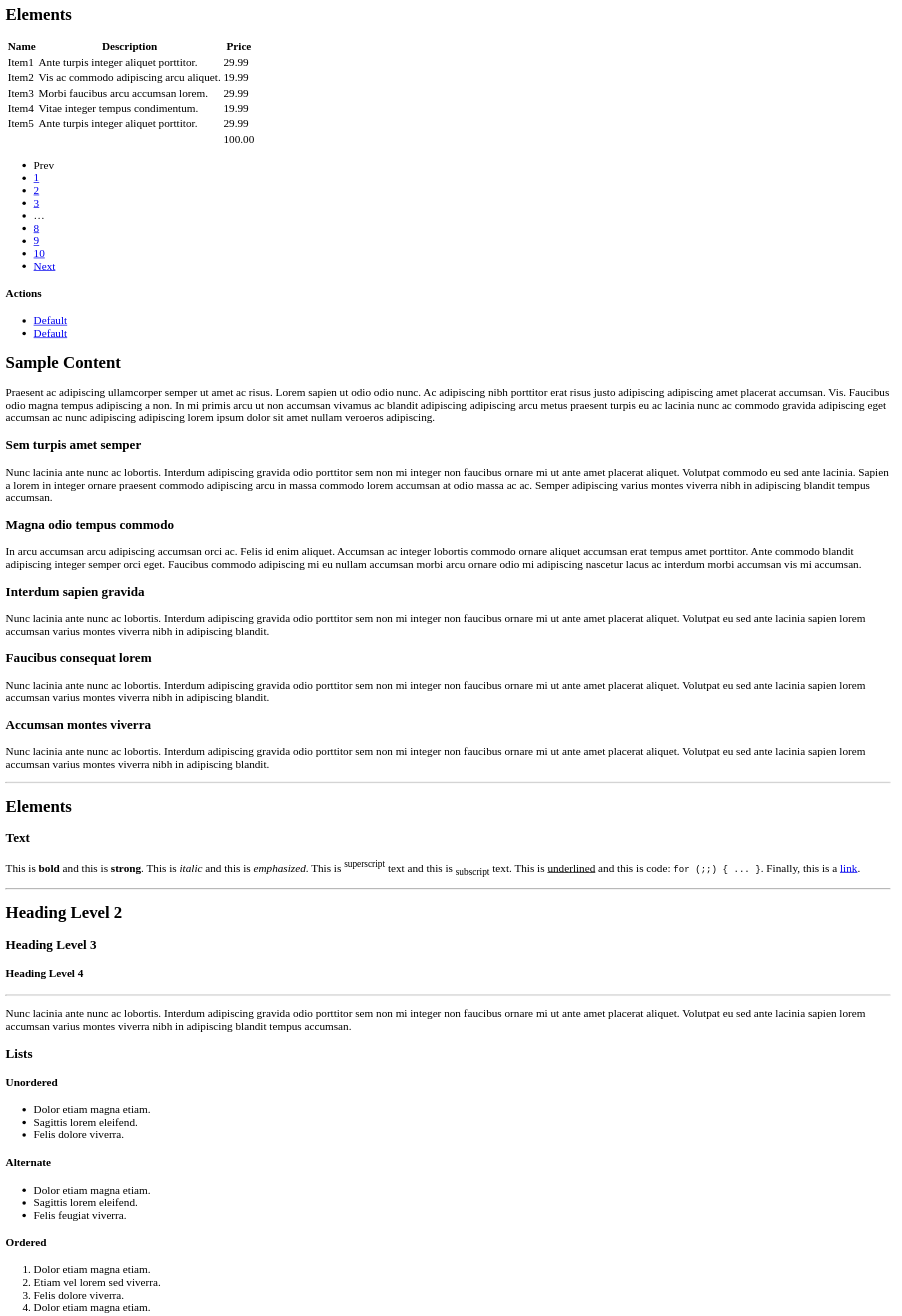
Repository: noCountJun/blog
Page: http://localhost/blogProject2/WEB-INF/views/board/boardList.jsp
The author's editor kept a copy of each file at every save. The page is drawn from the files as they stood at one save, then again after the next save.
The browser window is 1280 px wide. The page is 1288 px wide, so the pictures cover 1288 px, including what lies to the right of the window. The pictures show the part of the page from y = 0 to 1880 px (the page is 8179 px tall before and 8197 px after), at 70% of full size.
The page is served by Tomcat 9. Nobody is signed in. Other server files are loaded and not shown. The template is opened directly, without the code that normally fills it, so the values that code supplies are empty.

Above is the page before, as saved 2019-08-21 05:22:03.

### blogProject2/src/main/webapp/WEB-INF/views/board/boardList.jsp
<%@ page contentType="text/html; charset=utf-8" pageEncoding="utf-8"%>
<%@ taglib uri="http://java.sun.com/jsp/jstl/core" prefix="c" %>
<%@ page session="false" %>

<!-- Content -->
<section>
	<header class="main">
		<h1>Elements</h1>
	</header>
	<div class="table-wrapper">
		<table>
			<thead>
				<tr>
					<th>Name</th>
					<th>Description</th>
					<th>Price</th>
				</tr>
			</thead>
			<tbody>
				<tr>
					<td>Item1</td>
					<td>Ante turpis integer aliquet porttitor.</td>
					<td>29.99</td>
				</tr>
				<tr>
					<td>Item2</td>
					<td>Vis ac commodo adipiscing arcu aliquet.</td>
					<td>19.99</td>
				</tr>
				<tr>
					<td>Item3</td>
					<td> Morbi faucibus arcu accumsan lorem.</td>
					<td>29.99</td>
				</tr>
				<tr>
					<td>Item4</td>
					<td>Vitae integer tempus condimentum.</td>
					<td>19.99</td>
				</tr>
				<tr>
					<td>Item5</td>
					<td>Ante turpis integer aliquet porttitor.</td>
					<td>29.99</td>
				</tr>
			</tbody>
			<tfoot>
				<tr>
					<td colspan="2"></td>
					<td>100.00</td>
				</tr>
			</tfoot>
		</table>
	</div>
	<ul class="pagination">
		<li><span class="button disabled">Prev</span></li>
		<li><a href="#" class="page active">1</a></li>
		<li><a href="#" class="page">2</a></li>
		<li><a href="#" class="page">3</a></li>
		<li><span>&hellip;</span></li>
		<li><a href="#" class="page">8</a></li>
		<li><a href="#" class="page">9</a></li>
		<li><a href="#" class="page">10</a></li>
		<li><a href="#" class="button">Next</a></li>
	</ul>

					<h4>Actions</h4>
					<ul class="actions">
						<li><a href="#" class="button primary">Default</a></li>
						<li><a href="#" class="button">Default</a></li>
					</ul>

	<!-- Content -->
		<h2 id="content">Sample Content</h2>
		<p>Praesent ac adipiscing ullamcorper semper ut amet ac risus. Lorem sapien ut odio odio nunc. Ac adipiscing nibh porttitor erat risus justo adipiscing adipiscing amet placerat accumsan. Vis. Faucibus odio magna tempus adipiscing a non. In mi primis arcu ut non accumsan vivamus ac blandit adipiscing adipiscing arcu metus praesent turpis eu ac lacinia nunc ac commodo gravida adipiscing eget accumsan ac nunc adipiscing adipiscing lorem ipsum dolor sit amet nullam veroeros adipiscing.</p>
		<div class="row">
			<div class="col-6 col-12-small">
				<h3>Sem turpis amet semper</h3>
				<p>Nunc lacinia ante nunc ac lobortis. Interdum adipiscing gravida odio porttitor sem non mi integer non faucibus ornare mi ut ante amet placerat aliquet. Volutpat commodo eu sed ante lacinia. Sapien a lorem in integer ornare praesent commodo adipiscing arcu in massa commodo lorem accumsan at odio massa ac ac. Semper adipiscing varius montes viverra nibh in adipiscing blandit tempus accumsan.</p>
			</div>
			<div class="col-6 col-12-small">
				<h3>Magna odio tempus commodo</h3>
				<p>In arcu accumsan arcu adipiscing accumsan orci ac. Felis id enim aliquet. Accumsan ac integer lobortis commodo ornare aliquet accumsan erat tempus amet porttitor. Ante commodo blandit adipiscing integer semper orci eget. Faucibus commodo adipiscing mi eu nullam accumsan morbi arcu ornare odio mi adipiscing nascetur lacus ac interdum morbi accumsan vis mi accumsan.</p>
			</div>
			<!-- Break -->
			<div class="col-4 col-12-medium">
				<h3>Interdum sapien gravida</h3>
				<p>Nunc lacinia ante nunc ac lobortis. Interdum adipiscing gravida odio porttitor sem non mi integer non faucibus ornare mi ut ante amet placerat aliquet. Volutpat eu sed ante lacinia sapien lorem accumsan varius montes viverra nibh in adipiscing blandit.</p>
			</div>
			<div class="col-4 col-12-medium">
				<h3>Faucibus consequat lorem</h3>
				<p>Nunc lacinia ante nunc ac lobortis. Interdum adipiscing gravida odio porttitor sem non mi integer non faucibus ornare mi ut ante amet placerat aliquet. Volutpat eu sed ante lacinia sapien lorem accumsan varius montes viverra nibh in adipiscing blandit.</p>
			</div>
			<div class="col-4 col-12-medium">
				<h3>Accumsan montes viverra</h3>
				<p>Nunc lacinia ante nunc ac lobortis. Interdum adipiscing gravida odio porttitor sem non mi integer non faucibus ornare mi ut ante amet placerat aliquet. Volutpat eu sed ante lacinia sapien lorem accumsan varius montes viverra nibh in adipiscing blandit.</p>
			</div>
		</div>

	<hr class="major" />

	<!-- Elements -->
		<h2 id="elements">Elements</h2>
		<div class="row gtr-200">
			<div class="col-6 col-12-medium">

				<!-- Text stuff -->
					<h3>Text</h3>
					<p>This is <b>bold</b> and this is <strong>strong</strong>. This is <i>italic</i> and this is <em>emphasized</em>.
					This is <sup>superscript</sup> text and this is <sub>subscript</sub> text.
					This is <u>underlined</u> and this is code: <code>for (;;) { ... }</code>.
					Finally, this is a <a href="#">link</a>.</p>
					<hr />
					<h2>Heading Level 2</h2>
					<h3>Heading Level 3</h3>
					<h4>Heading Level 4</h4>
					<hr />
					<p>Nunc lacinia ante nunc ac lobortis. Interdum adipiscing gravida odio porttitor sem non mi integer non faucibus ornare mi ut ante amet placerat aliquet. Volutpat eu sed ante lacinia sapien lorem accumsan varius montes viverra nibh in adipiscing blandit tempus accumsan.</p>

				<!-- Lists -->
					<h3>Lists</h3>
					<div class="row">
						<div class="col-6 col-12-small">

							<h4>Unordered</h4>
							<ul>
								<li>Dolor etiam magna etiam.</li>
								<li>Sagittis lorem eleifend.</li>
								<li>Felis dolore viverra.</li>
							</ul>

							<h4>Alternate</h4>
							<ul class="alt">
								<li>Dolor etiam magna etiam.</li>
								<li>Sagittis lorem eleifend.</li>
								<li>Felis feugiat viverra.</li>
							</ul>

						</div>
						<div class="col-6 col-12-small">

							<h4>Ordered</h4>
							<ol>
								<li>Dolor etiam magna etiam.</li>
								<li>Etiam vel lorem sed viverra.</li>
								<li>Felis dolore viverra.</li>
								<li>Dolor etiam magna etiam.</li>
								<li>Etiam vel lorem sed viverra.</li>
								<li>Felis dolore viverra.</li>
							</ol>

							<h4>Icons</h4>
							<ul class="icons">
								<li><a href="#" class="icon brands fa-twitter"><span class="label">Twitter</span></a></li>
								<li><a href="#" class="icon brands fa-facebook-f"><span class="label">Facebook</span></a></li>
								<li><a href="#" class="icon brands fa-instagram"><span class="label">Instagram</span></a></li>
								<li><a href="#" class="icon brands fa-github"><span class="label">Github</span></a></li>
								<li><a href="#" class="icon brands fa-dribbble"><span class="label">Dribbble</span></a></li>
								<li><a href="#" class="icon brands fa-tumblr"><span class="label">Tumblr</span></a></li>
							</ul>

						</div>
					</div>
					<h4>Definition</h4>
					<dl>
						<dt>Item1</dt>
						<dd>
							<p>Lorem ipsum dolor vestibulum ante ipsum primis in faucibus vestibulum. Blandit adipiscing eu felis iaculis volutpat ac adipiscing accumsan eu faucibus. Integer ac pellentesque praesent. Lorem ipsum dolor.</p>
						</dd>
						<dt>Item2</dt>
						<dd>
							<p>Lorem ipsum dolor vestibulum ante ipsum primis in faucibus vestibulum. Blandit adipiscing eu felis iaculis volutpat ac adipiscing accumsan eu faucibus. Integer ac pellentesque praesent. Lorem ipsum dolor.</p>
						</dd>
						<dt>Item3</dt>
						<dd>
							<p>Lorem ipsum dolor vestibulum ante ipsum primis in faucibus vestibulum. Blandit adipiscing eu felis iaculis volutpat ac adipiscing accumsan eu faucibus. Integer ac pellentesque praesent. Lorem ipsum dolor.</p>
						</dd>
					</dl>

					<h4>Actions</h4>
					<ul class="actions">
						<li><a href="#" class="button primary">Default</a></li>
						<li><a href="#" class="button">Default</a></li>
					</ul>
					<ul class="actions small">
						<li><a href="#" class="button primary small">Small</a></li>
						<li><a href="#" class="button small">Small</a></li>
					</ul>
					<div class="row">
						<div class="col-6 col-12-small">
							<ul class="actions stacked">
								<li><a href="#" class="button primary">Default</a></li>
								<li><a href="#" class="button">Default</a></li>
							</ul>
						</div>
						<div class="col-6 col-12-small">
							<ul class="actions stacked">
								<li><a href="#" class="button primary small">Small</a></li>
								<li><a href="#" class="button small">Small</a></li>
							</ul>
						</div>
						<div class="col-6 col-12-small">
							<ul class="actions stacked">
								<li><a href="#" class="button primary fit">Default</a></li>
								<li><a href="#" class="button fit">Default</a></li>
							</ul>
						</div>
						<div class="col-6 col-12-small">
							<ul class="actions stacked">
								<li><a href="#" class="button primary small fit">Small</a></li>
								<li><a href="#" class="button small fit">Small</a></li>
							</ul>
						</div>
					</div>

					<h4>Pagination</h4>
					<ul class="pagination">
						<li><span class="button disabled">Prev</span></li>
						<li><a href="#" class="page active">1</a></li>
						<li><a href="#" class="page">2</a></li>
						<li><a href="#" class="page">3</a></li>
						<li><span>&hellip;</span></li>
						<li><a href="#" class="page">8</a></li>
						<li><a href="#" class="page">9</a></li>
						<li><a href="#" class="page">10</a></li>
						<li><a href="#" class="button">Next</a></li>
					</ul>

				<!-- Blockquote -->
					<h3>Blockquote</h3>
					<blockquote>Lorem ipsum dolor vestibulum ante ipsum primis in faucibus vestibulum. Blandit adipiscing eu felis iaculis volutpat ac adipiscing accumsan eu faucibus. Integer ac pellentesque praesent. Lorem ipsum dolor. Lorem ipsum dolor vestibulum ante ipsum primis in faucibus vestibulum. Blandit adipiscing eu felis iaculis volutpat ac adipiscing accumsan eu faucibus.</blockquote>

				<!-- Table -->
					<h3>Table</h3>

					<h4>Default</h4>
					<div class="table-wrapper">
						<table>
							<thead>
								<tr>
									<th>Name</th>
									<th>Description</th>
									<th>Price</th>
								</tr>
							</thead>
							<tbody>
								<tr>
									<td>Item1</td>
									<td>Ante turpis integer aliquet porttitor.</td>
									<td>29.99</td>
								</tr>
								<tr>
									<td>Item2</td>
									<td>Vis ac commodo adipiscing arcu aliquet.</td>
									<td>19.99</td>
								</tr>
								<tr>
									<td>Item3</td>
									<td> Morbi faucibus arcu accumsan lorem.</td>
									<td>29.99</td>
								</tr>
								<tr>
									<td>Item4</td>
									<td>Vitae integer tempus condimentum.</td>
									<td>19.99</td>
								</tr>
								<tr>
									<td>Item5</td>
									<td>Ante turpis integer aliquet porttitor.</td>
									<td>29.99</td>
								</tr>
							</tbody>
							<tfoot>
								<tr>
									<td colspan="2"></td>
									<td>100.00</td>
								</tr>
							</tfoot>
						</table>
					</div>

					<h4>Alternate</h4>
					<div class="table-wrapper">
						<table class="alt">
							<thead>
								<tr>
									<th>Name</th>
									<th>Description</th>
									<th>Price</th>
								</tr>
							</thead>
							<tbody>
								<tr>
									<td>Item1</td>
									<td>Ante turpis integer aliquet porttitor.</td>
									<td>29.99</td>
								</tr>
								<tr>
									<td>Item2</td>
									<td>Vis ac commodo adipiscing arcu aliquet.</td>
									<td>19.99</td>
								</tr>
								<tr>
									<td>Item3</td>
									<td> Morbi faucibus arcu accumsan lorem.</td>
									<td>29.99</td>
								</tr>
								<tr>
									<td>Item4</td>
									<td>Vitae integer tempus condimentum.</td>
									<td>19.99</td>
								</tr>
								<tr>
									<td>Item5</td>
									<td>Ante turpis integer aliquet porttitor.</td>
									<td>29.99</td>
								</tr>
							</tbody>
							<tfoot>
								<tr>
									<td colspan="2"></td>
									<td>100.00</td>
								</tr>
							</tfoot>
						</table>
					</div>

			</div>
			<div class="col-6 col-12-medium">

				<!-- Buttons -->
					<h3>Buttons</h3>
					<ul class="actions">
						<li><a href="#" class="button primary">Primary</a></li>
						<li><a href="#" class="button">Default</a></li>
					</ul>
					<ul class="actions">
						<li><a href="#" class="button large">Large</a></li>
						<li><a href="#" class="button">Default</a></li>
						<li><a href="#" class="button small">Small</a></li>
					</ul>
					<ul class="actions">
						<li><a href="#" class="button primary large">Large</a></li>
						<li><a href="#" class="button primary">Default</a></li>
						<li><a href="#" class="button primary small">Small</a></li>
					</ul>
					<ul class="actions fit">
						<li><a href="#" class="button primary fit">Fit</a></li>
						<li><a href="#" class="button fit">Fit</a></li>
					</ul>
					<ul class="actions fit small">
						<li><a href="#" class="button primary fit small">Fit + Small</a></li>
						<li><a href="#" class="button fit small">Fit + Small</a></li>
					</ul>
					<ul class="actions">
						<li><a href="#" class="button primary icon solid fa-search">Icon</a></li>
						<li><a href="#" class="button icon solid fa-download">Icon</a></li>
					</ul>
					<ul class="actions">
						<li><span class="button primary disabled">Primary</span></li>
						<li><span class="button disabled">Default</span></li>
					</ul>

				<!-- Form -->
					<h3>Form</h3>

					<form method="post" action="#">
						<div class="row gtr-uniform">
							<div class="col-6 col-12-xsmall">
								<input type="text" name="demo-name" id="demo-name" value="" placeholder="Name" />
							</div>
							<div class="col-6 col-12-xsmall">
								<input type="email" name="demo-email" id="demo-email" value="" placeholder="Email" />
							</div>
							<!-- Break -->
							<div class="col-12">
								<select name="demo-category" id="demo-category">
									<option value="">- Category -</option>
									<option value="1">Manufacturing</option>
									<option value="1">Shipping</option>
									<option value="1">Administration</option>
									<option value="1">Human Resources</option>
								</select>
							</div>
							<!-- Break -->
							<div class="col-4 col-12-small">
								<input type="radio" id="demo-priority-low" name="demo-priority" checked>
								<label for="demo-priority-low">Low</label>
							</div>
							<div class="col-4 col-12-small">
								<input type="radio" id="demo-priority-normal" name="demo-priority">
								<label for="demo-priority-normal">Normal</label>
							</div>
							<div class="col-4 col-12-small">
								<input type="radio" id="demo-priority-high" name="demo-priority">
								<label for="demo-priority-high">High</label>
							</div>
							<!-- Break -->
							<div class="col-6 col-12-small">
								<input type="checkbox" id="demo-copy" name="demo-copy">
								<label for="demo-copy">Email me a copy</label>
							</div>
							<div class="col-6 col-12-small">
								<input type="checkbox" id="demo-human" name="demo-human" checked>
								<label for="demo-human">I am a human</label>
							</div>
							<!-- Break -->
							<div class="col-12">
								<textarea name="demo-message" id="demo-message" placeholder="Enter your message" rows="6"></textarea>
							</div>
							<!-- Break -->
							<div class="col-12">
								<ul class="actions">
									<li><input type="submit" value="Send Message" class="primary" /></li>
									<li><input type="reset" value="Reset" /></li>
								</ul>
							</div>
						</div>
					</form>

				<!-- Image -->
					<h3>Image</h3>

					<h4>Fit</h4>
					<span class="image fit"><img src="images/pic11.jpg" alt="" /></span>
					<div class="box alt">
						<div class="row gtr-50 gtr-uniform">
							<div class="col-4"><span class="image fit"><img src="images/pic01.jpg" alt="" /></span></div>
							<div class="col-4"><span class="image fit"><img src="images/pic02.jpg" alt="" /></span></div>
							<div class="col-4"><span class="image fit"><img src="images/pic03.jpg" alt="" /></span></div>
							<!-- Break -->
							<div class="col-4"><span class="image fit"><img src="images/pic03.jpg" alt="" /></span></div>
							<div class="col-4"><span class="image fit"><img src="images/pic01.jpg" alt="" /></span></div>
							<div class="col-4"><span class="image fit"><img src="images/pic02.jpg" alt="" /></span></div>
							<!-- Break -->
							<div class="col-4"><span class="image fit"><img src="images/pic02.jpg" alt="" /></span></div>
							<div class="col-4"><span class="image fit"><img src="images/pic03.jpg" alt="" /></span></div>
							<div class="col-4"><span class="image fit"><img src="images/pic01.jpg" alt="" /></span></div>
						</div>
					</div>

					<h4>Left &amp; Right</h4>
					<p><span class="image left"><img src="images/pic01.jpg" alt="" /></span>Lorem ipsum dolor sit accumsan interdum nisi, quis tincidunt felis sagittis eget. tempus euismod. Vestibulum ante ipsum primis in faucibus vestibulum. Blandit adipiscing eu felis iaculis volutpat ac adipiscing accumsan eu faucibus. Integer ac pellentesque praesent tincidunt felis sagittis eget. tempus euismod. Vestibulum ante ipsum primis sagittis eget. tempus euismod. Vestibulum ante ipsum primis in faucibus vestibulum. Blandit adipiscing eu felis iaculis volutpat ac adipiscing accumsan eu faucibus. Integer ac pellentesque praesent.</p>
					<p><span class="image right"><img src="images/pic02.jpg" alt="" /></span>Lorem ipsum dolor sit accumsan interdum nisi, quis tincidunt felis sagittis eget. tempus euismod. Vestibulum ante ipsum primis in faucibus vestibulum. Blandit adipiscing eu felis iaculis volutpat ac adipiscing accumsan eu faucibus. Integer ac pellentesque praesent tincidunt felis sagittis eget. tempus euismod. Vestibulum ante ipsum primis sagittis eget. tempus euismod. Vestibulum ante ipsum primis in faucibus vestibulum. Blandit adipiscing eu felis iaculis volutpat ac adipiscing accumsan eu faucibus. Integer ac pellentesque praesent.</p>

				<!-- Box -->
					<h3>Box</h3>
					<div class="box">
						<p>Felis sagittis eget tempus primis in faucibus vestibulum. Blandit adipiscing eu felis iaculis volutpat ac adipiscing accumsan eu faucibus. Integer ac pellentesque praesent tincidunt felis sagittis eget. tempus euismod. Magna sed etiam ante ipsum primis in faucibus vestibulum.</p>
					</div>

				<!-- Preformatted Code -->
					<h3>Preformatted</h3>
					<pre><code>i = 0;

while (!deck.isInOrder()) {
    print 'Iteration ' + i;
    deck.shuffle();
    i++;
}

print 'It took ' + i + ' iterations to sort the deck.';
</code></pre>

			</div>
		</div>

</section>

After the next save:
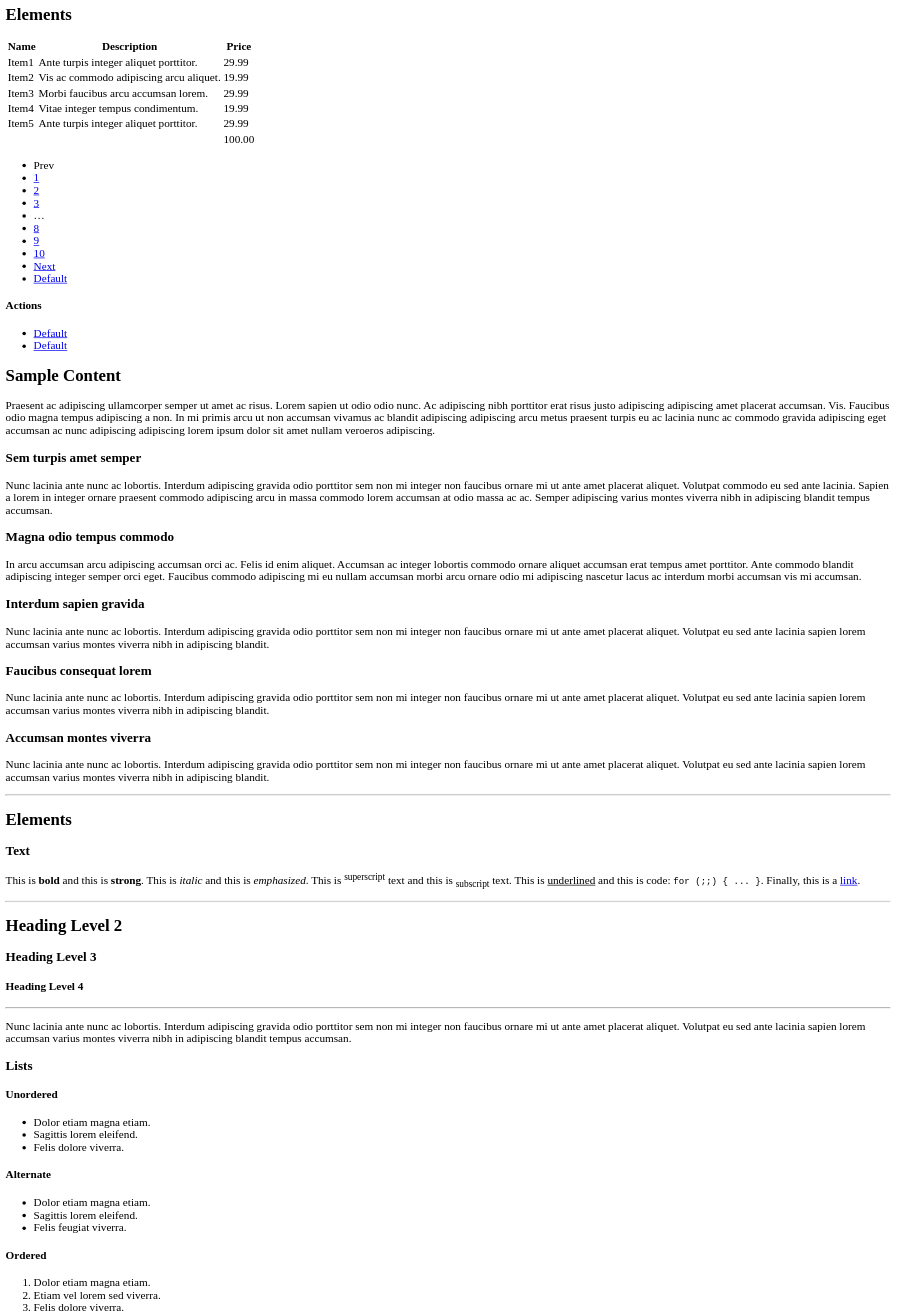
Saved 29 s later.
--- a/blogProject2/src/main/webapp/WEB-INF/views/board/boardList.jsp
+++ b/blogProject2/src/main/webapp/WEB-INF/views/board/boardList.jsp
@@ -61,6 +61,8 @@
 		<li><a href="#" class="page">9</a></li>
 		<li><a href="#" class="page">10</a></li>
 		<li><a href="#" class="button">Next</a></li>
+
+		<li><a href="#" class="button primary">Default</a></li>
 	</ul>
 
 					<h4>Actions</h4>

After the save that followed:
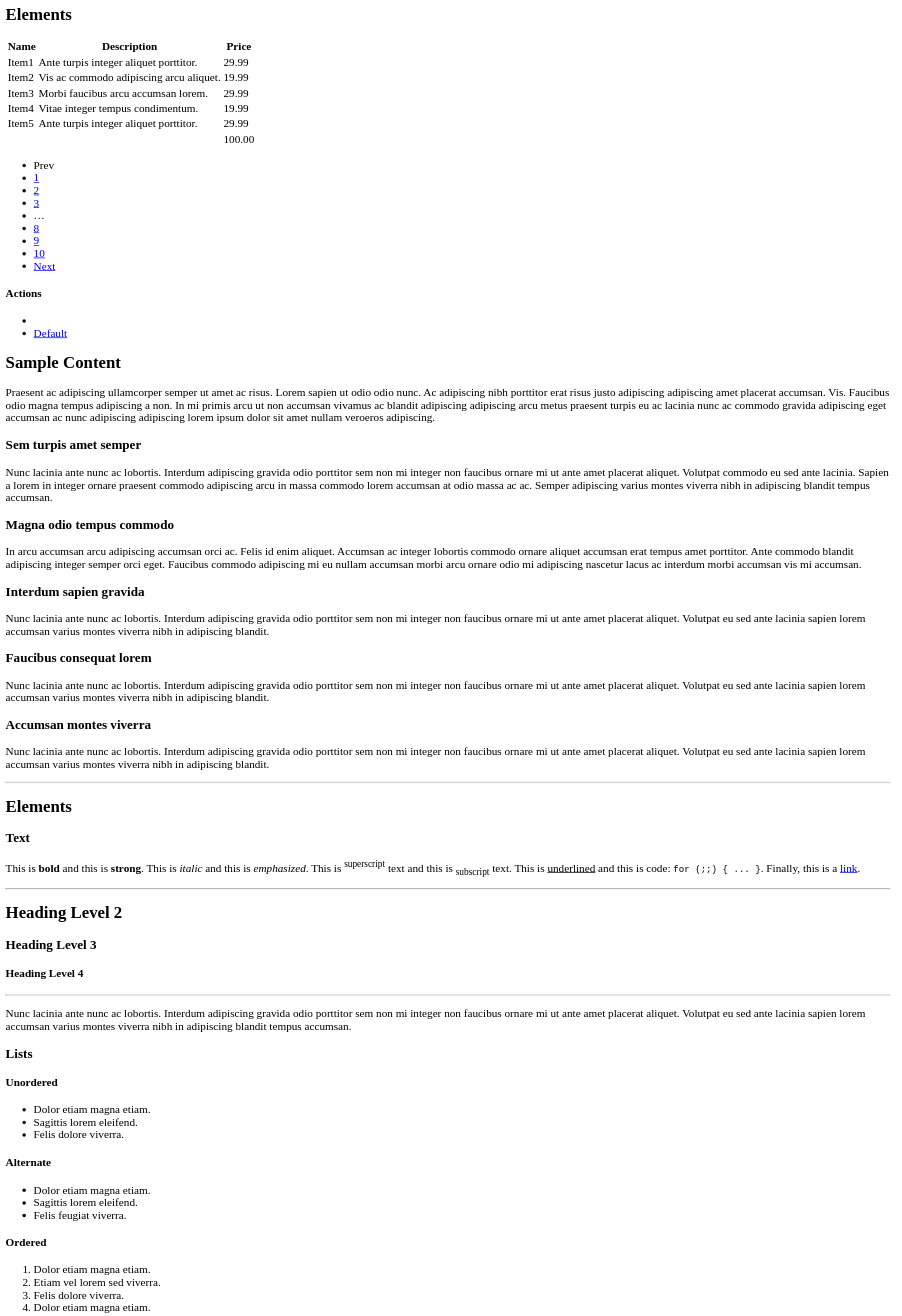
Saved 34 s later.
--- a/blogProject2/src/main/webapp/WEB-INF/views/board/boardList.jsp
+++ b/blogProject2/src/main/webapp/WEB-INF/views/board/boardList.jsp
@@ -62,12 +62,11 @@
 		<li><a href="#" class="page">10</a></li>
 		<li><a href="#" class="button">Next</a></li>
 
-		<li><a href="#" class="button primary">Default</a></li>
 	</ul>
 
 					<h4>Actions</h4>
 					<ul class="actions">
-						<li><a href="#" class="button primary">Default</a></li>
+						<li><a href="#" class="button primary"></a></li>
 						<li><a href="#" class="button">Default</a></li>
 					</ul>
 
